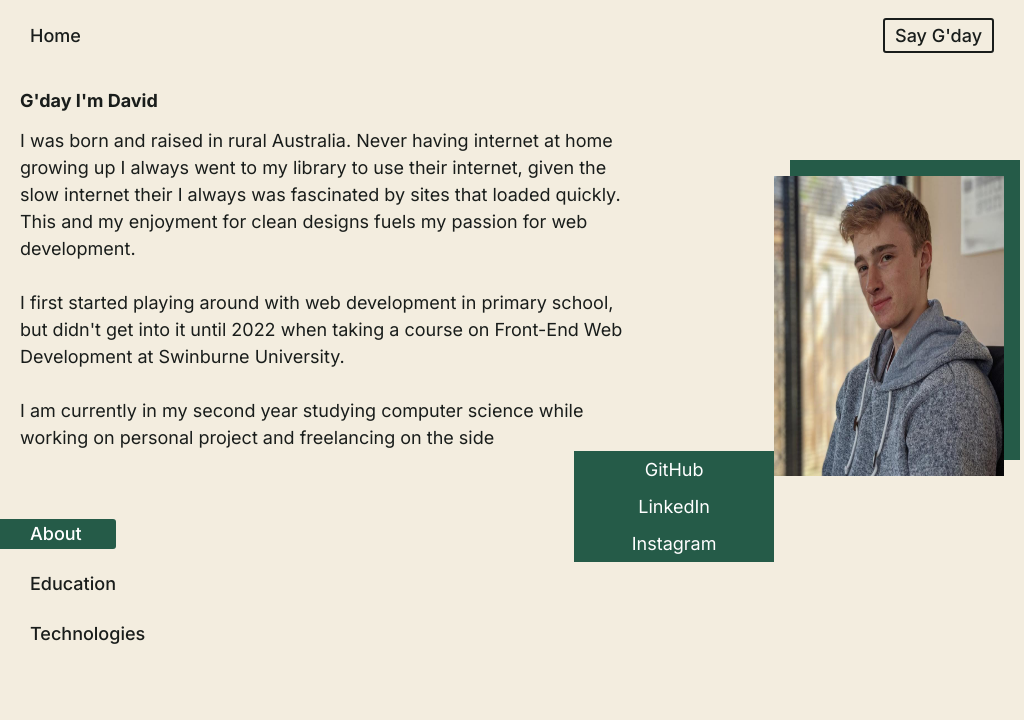
Repository: David-Waite/David-Waite-Portfolio
Page: /about
The author's editor kept a copy of each file at every save. The page is drawn from the files as they stood at one save, then again after the next save.
The browser window is 1024 px wide. The pictures show the whole page.
The project was rebuilt for these pictures with package versions that can differ from the ones it lists, and the page was loaded fresh each time. The framework's server and built-in components were replaced by stand-ins that run in the browser. Also part of the build but not shown: next.config.js.

Above is the page before, as saved 2023-07-27 11:54:58.

### app/layout.tsx
import "./globals.css";
import type { Metadata } from "next";
import { Inter } from "next/font/google";
import Link from "next/link";
import NavBar from "./components/Nav/NavBar/NavBar";

const inter = Inter({ subsets: ["latin"] });

export const metadata: Metadata = {
  title: "Create Next App",
  description: "Generated by create next app",
};

export default function RootLayout({
  children,
}: {
  children: React.ReactNode;
}) {
  return (
    <html lang="en">
      <body className={inter.className}>
        <NavBar />
        {children}
      </body>
    </html>
  );
}

### app/about/page.tsx
"use client";

import Image from "next/image";
import styles from "./page.module.css";
import Menu from "../components/About/Menu/Menu";
import { useState } from "react";

export default function About() {
  const [selected, setSelected] = useState({
    about: true,
    education: false,
    technologies: false,
  });

  function handleClick(select: string) {
    setSelected(() => {
      return {
        about: select === "about" ? true : false,
        education: select === "education" ? true : false,
        technologies: select === "technologies" ? true : false,
      };
    });
  }

  const AboutText = (
    <>
      <h1>G&apos;day I&apos;m David</h1>
      <p className={styles.description}>
        I was born and raised in rural Australia. Never having internet at home
        growing up I always went to my library to use their internet, given the
        slow internet their I always was fascinated by sites that loaded
        quickly. This and my enjoyment for clean designs fuels my passion for
        web development.
        <br />
        <br /> I first started playing around with web development in primary
        school, but didn&apos;t get into it until 2022 when taking a course on
        Front-End Web Development at Swinburne University.
        <br />
        <br /> I am currently in my second year studying computer science while
        working on personal project and freelancing on the side
      </p>
    </>
  );

  const EducationText = (
    <>
      <h1>My Education</h1>
      <ul className={`${styles.description} ${styles.descriptionList} `}>
        <li>
          CT50220 Dimploma of Information Technology (Front End Web Development)
          | 2022
        </li>
        <li>BA-CS Bachelor of Computer Science | 2023 - current</li>
        <li>Front end developer career path (72hrs) | Scrimba (online)</li>
        <li>
          React Native - The Practical Guide 2022 (26hrs) | Udemy (online)
        </li>
        <li>
          C# Basics for Beginners: Learn C# Fundamentals by Coding (6hrs) |
          Udemy (online)
        </li>
        <li>
          C# Intermediate: Classes, Interfaces and OOP (6hrs) | Udemy (online)
        </li>
      </ul>
    </>
  );
  const TechnologiesText = (
    <>
      <h1>What I&apos;m confortable with</h1>
      <ul className={`${styles.description} ${styles.descriptionList} `}>
        <li>HTML</li>
        <li>CSS</li>
        <li>Next.Js</li>
        <li>Contentful</li>
        <li>React.Js</li>
        <li>JavaScript</li>
        <li>C#</li>
      </ul>
    </>
  );

  let textContent;

  if (selected.about) {
    textContent = AboutText;
  }
  if (selected.technologies) {
    textContent = TechnologiesText;
  }
  if (selected.education) {
    textContent = EducationText;
  }
  return (
    <main className={styles.container}>
      <Menu selected={selected} onClick={handleClick} />
      <div className={styles.content}>
        <div className={styles.textContainer}>
          <div className={styles.paragraphContainer}>{textContent}</div>
          <div className={`${styles.desktopLink} ${styles.links}`}>
            <a href="https://github.com/David-Waite" target="_blank">
              GitHub
            </a>
            <a href="www.linkedin.com/in/davidwaitedev" target="_blank">
              LinkedIn
            </a>
            <a href="https://www.instagram.com/david__waite/" target="_blank">
              Instagram
            </a>
          </div>
        </div>

        <div className={styles.imageContainer}>
          <Image src="/aboutMe.jpg" fill={true} alt="David" />
        </div>
      </div>
    </main>
  );
}

### app/contact/send/route.ts
import mail from "@sendgrid/mail";
import { NextResponse } from "next/server";

// Create an api key in sendgrid and store someplace safe
mail.setApiKey(process.env.SENDGRID_API_KEY || "");

type ResponseData = {
  status?: string;
  message?: string;
};

export async function POST(request: Request) {
  let response: ResponseData = {};
  const body = await request.json();
  // I know the formData I sent in my request has name, email, and message fields so I'm just manually grabbing them to format a message
  const message = `
    Name: ${body.name}\r\n
    Email: ${body.email}\r\n
    Message: ${body.message}

  `;
  const data = {
    to: "davidwaite122@gmail.com",
    from: "davidwaiteportfolio@zohomail.com.au",
    subject: "Contact Message via Sendgrid",
    text: message,
    html: message.replace(/\r\n/g, "<br>"),
  };

  // Send the data and create a response object. I'm using status and message to display a success or fail notification in the UI
  await mail
    .send(data)
    .then(() => {
      response = {
        status: "success",
        message: "Your message was sent. I'll be in contact shortly.",
      };
    })
    .catch((error) => {
      response = {
        status: "error",
        message: `Message failed to send with error, ${error}`,
      };
    });

  return NextResponse.json(response);
}

### app/globals.css
:root {
  --primary: #255b48;
  --black: #191d1b;
  --background: #f3eddf;
  --white: #ffffff;
  --grey: #606060;
  --error: #a83c23;
}

.paragraph {
  font-size: 18px;
  font-style: normal;
  font-weight: 400;
  line-height: 25.2px;
  color: var(--black);
}

body {
  background-color: var(--background);
}

* {
  padding: 0;
  margin: 0;
  box-sizing: border-box;
}

### app/components/Nav/NavBar/NavBar.tsx
"use client";
import NavButton from "../NavButton/NavButton";
import styles from "./navBar.module.css";
import { usePathname } from "next/navigation";

import Link from "next/link";

export default function NavBar() {
  const currentRoute = usePathname();

  return (
    <nav className={styles.container}>
      <Link
        className={styles.link}
        href={`./${currentRoute === "/" ? "about" : "/"}`}
      >
        {currentRoute === "/" ? "About" : "Home"}
      </Link>

      {currentRoute !== "/contact" && <NavButton />}
    </nav>
  );
}

### app/about/page.module.css
.container {
  display: flex;
  height: calc(100vh - 70px);
  width: 100%;
  align-items: center;
  justify-content: center;
}

.content {
  position: relative;
  display: flex;
  align-items: center;
  gap: 200px;
}
.imageContainer {
  position: relative;
  width: 440px;
  height: 440px;
  box-shadow: var(--primary) 16px -16px 0px 0px;
}

.descriptionList {
  margin-left: 32px;
  margin-right: -32px;
}
.content h1 {
  color: var(--black);
  font-size: 18px;
  font-weight: 700;
  margin-bottom: 16px;
}
.description {
  color: var(--black);
  font-size: 18px;
  font-weight: 400;

  width: 740px;
  height: 300px;
  line-height: 27px;
}

.links {
  margin-top: 24px;
  position: absolute;
  left: -56px;
  padding: 0 56px;
  background-color: var(--primary);
  display: flex;
  align-items: center;
  flex-direction: column;
}
.mobileLink {
  display: none;
}
.links a {
  cursor: pointer !important;
  color: var(--white);
  text-decoration: none;
  font-size: 18px;
  margin: 8px 0;
}

.container hr {
  width: 100%;
  display: none;
}
.links a:hover {
  color: var(--grey);
}

.mobileMenu {
  display: none;
}

@media (max-width: 2000px) {
  .content {
    gap: 100px;
  }
}
@media (max-width: 1850px) {
  .imageContainer {
    width: 350px;
    height: 350px;
  }
}

@media (max-width: 1750px) {
  .imageContainer {
    width: 350px;
    height: 350px;
    margin-right: -50px;
  }
}

@media (max-width: 1650px) {
  .description {
    width: 700px;
    height: 300px;
  }
}

@media (max-width: 1550px) {
  .imageContainer {
    margin-right: -100px;
    width: 300px;
    height: 300px;
  }
}

@media (max-width: 1450px) {
  .imageContainer {
    margin-right: -150px;
    width: 300px;
    height: 300px;
  }
}

@media (max-width: 1350px) {
  .content {
    gap: 50px;
  }
}
@media (max-width: 1250px) {
  .description {
    width: 625px;
  }
}

@media (max-width: 1200px) {
  .container {
    padding: 20px;
    display: block;
  }

  .textContainer {
    width: 100%;
  }
  .description {
    padding: 0;
    margin: 0;
  }
  .content {
    display: flex;
    gap: 0;
    align-self: start;
  }
  .imageContainer {
    margin-right: 0px;
    width: 300px !important;
  }
  .links {
    position: static;
    width: 200px;
    margin-left: auto;
  }
}
@media (max-width: 425px) {
  .links a,
  .content h1,
  .description {
    font-size: 16px;
  }
}

### app/components/About/Menu/Menu.tsx
"use client";
import { CSSProperties, useState } from "react";
import styles from "./menu.module.css";
export default function Menu(props: { onClick: any; selected: any }) {
  function handleClick(select: string) {
    props.onClick(select);
  }

  const selectedBackground: any = {
    left: "0px",
  };
  const selectedP: any = {
    color: "white",
  };
  return (
    <div className={styles.menu} id="menu">
      <div
        className={`${styles.linkContainer} ${styles.about}`}
        onClick={() => handleClick("about")}
      >
        <div
          className={styles.aboutBackground}
          style={Object.assign(props.selected.about && selectedBackground)}
        ></div>
        <p style={Object.assign(props.selected.about && selectedP)}>About</p>
      </div>
      <br />
      <div
        className={`${styles.linkContainer} ${styles.education}`}
        onClick={() => handleClick("education")}
      >
        <div
          className={styles.educationBackground}
          style={Object.assign(props.selected.education && selectedBackground)}
        ></div>
        <p style={Object.assign(props.selected.education && selectedP)}>
          Education
        </p>
      </div>
      <br />
      <div
        className={`${styles.linkContainer} ${styles.technologies}`}
        onClick={() => handleClick("technologies")}
      >
        <div
          className={styles.technologiesBackground}
          style={Object.assign(
            props.selected.technologies && selectedBackground
          )}
        ></div>
        <p style={Object.assign(props.selected.technologies && selectedP)}>
          Technologies
        </p>
      </div>
    </div>
  );
}

### app/components/Nav/NavButton/NavButton.tsx
import styles from "./navButton.module.css";

import Link from "next/link";

export default function NavButton() {
  return (
    <Link className={styles.container} href={"./contact"}>
      Say G&apos;day
    </Link>
  );
}

### app/components/Nav/NavBar/navBar.module.css
.container {
  display: flex;
  align-items: center;
  justify-content: space-between;
  height: 70px;
  padding: 0 30px;
}

.link {
  color: var(--black);
  text-decoration: none;
  font-size: 18px;
  font-weight: 500;
  cursor: pointer !important;
}

.link:hover {
  color: var(--grey);
}

@media (max-width: 768px) {
  .container {
    padding: 0 20px;
  }
}
@media (max-width: 425px) {
  .link {
    font-size: 16px;
  }
}

### app/components/About/Menu/menu.module.css
.menu {
  position: absolute;
  left: 0;
  font-size: 18px;
  font-weight: 500;
}

.menu div {
  display: flex;
  align-items: center;
}

.linkContainer {
  position: relative;
}
.linkContainer p {
  position: relative;
  cursor: pointer !important;
  color: var(--black);
}

.aboutBackground,
.educationBackground,
.technologiesBackground {
  position: absolute;
  background-color: var(--primary);
  left: 0;
  height: 30px;
  border-radius: 0 3px 3px 0;
  transition: 0.3s ease-in;
}
.about {
  width: 116px;
}
.aboutBackground {
  width: 116px;
  left: -116px;
}
.about:hover .aboutBackground {
  left: 0;
}

.education {
  width: 148px;
}
.educationBackground {
  width: 148px;
  left: -148px;
}
.education:hover .educationBackground {
  left: 0;
}

.technologies {
  width: 175px;
}
.technologiesBackground {
  width: 175px;
  left: -175px;
}
.technologies:hover .technologiesBackground {
  left: 0;
}

.menu p {
  top: 0;
  padding: 4px 30px;

  transition: 0.3s;
}

.selected {
  border-radius: 0 3px 3px 0;
  color: var(--white);
  background: rgb(37, 91, 72);
}

.linkContainer p:hover {
  position: relative;
  color: var(--white);
}

@media (max-width: 1200px) {
  .menu {
    top: calc((100vh - 70px) / 2 + 194px);
    z-index: 4;
  }
}

### app/components/Nav/NavButton/navButton.module.css
.container {
  border: 2px solid var(--black);
  color: var(--black);
  font-weight: 500;
  border-radius: 3px;
  font-size: 18px;
  padding: 5px 10px;
  transition: 0.3s;
  text-decoration: none;
  cursor: pointer !important;
}

.container:hover {
  background-color: var(--primary);
  color: var(--white);
}

@media (max-width: 425px) {
  .container {
    font-size: 16px;
  }
}

After the next save:
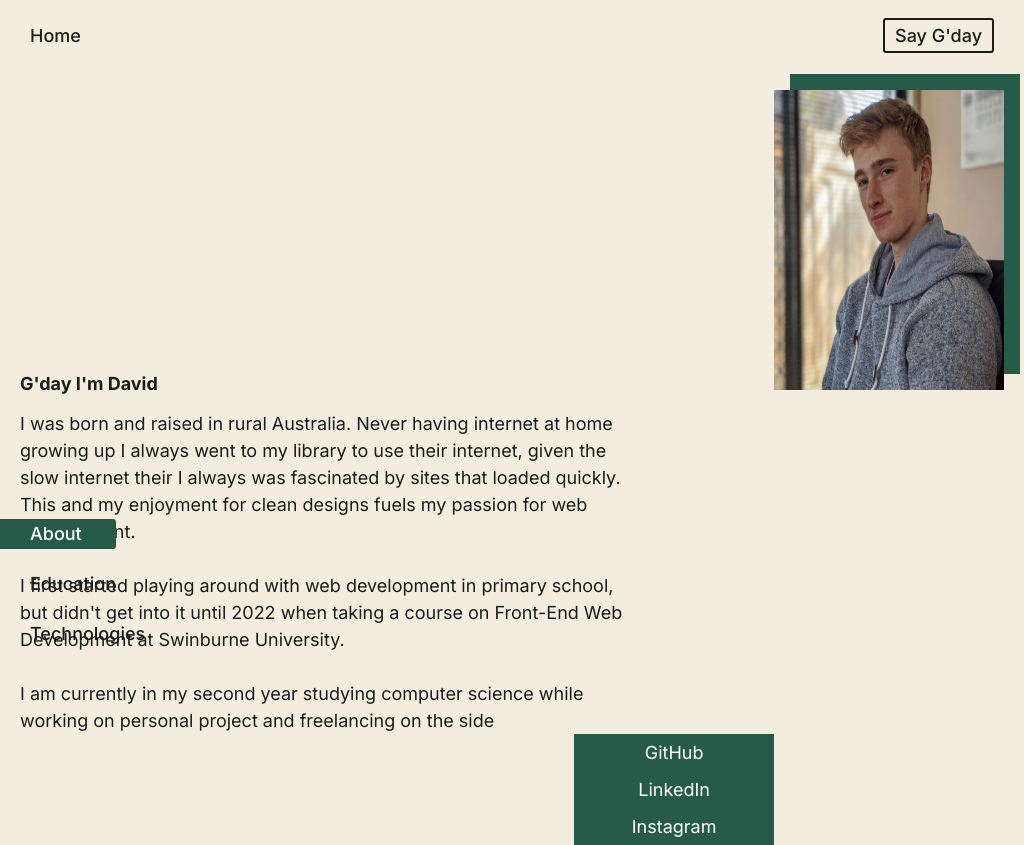
Saved 5 s later.
--- a/app/about/page.module.css
+++ b/app/about/page.module.css
@@ -142,7 +142,7 @@
   .content {
     display: flex;
     gap: 0;
-    align-self: start;
+    align-items: baseline;
   }
   .imageContainer {
     margin-right: 0px;
